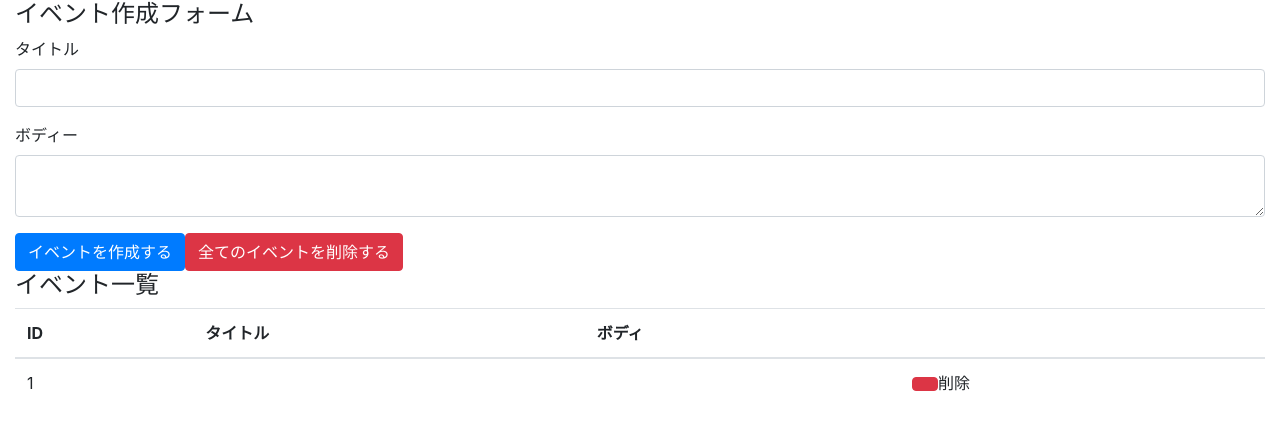
Repository: yujiuehara/my-app
Page: /, after clicking the first element matching `button.btn`
The author's editor kept a copy of each file at every save. The page is drawn from the files as they stood at one save, then again after the next save.
The browser window is 1280 px wide. The pictures show the whole page.
The project was rebuilt for these pictures with package versions that can differ from the ones it lists, and the page was loaded fresh each time.

Above is the page before, as saved 2020-05-04 03:16:34.

### src/components/App.js
import React, {useReducer, useState} from 'react';
import 'bootstrap/dist/css/bootstrap.min.css'

import reducer from '../reducers'

const App = () => {
  const [state, dispatch] = useReducer(reducer,[])
  const [title, setTitle] = useState('')
  const [body, setBody] = useState('')

  const addEvent = (e) => {
    e.preventDefault()
    dispatch({
      type: 'CREATE_EVENT',
      title,
      body
    })
    setTitle('')
    setBody('')
  }


  return (
    <div className="container-fluid">
      <h4>イベント作成フォーム</h4>
      <form>
        <div className="form-group">
          <label htmlFor="formEventTitle">タイトル</label>
          <input className="form-control" id="formEventTitle" value={title} onChange={e => setTitle(e.target.value)}/>
        </div>

        <div className="form-group">
          <label htmlFor="formEventBody">ボディー</label>
          <textarea className="form-control" id="formEventBody" value={body} onChange={e => setBody(e.target.value)}/>
        </div>

        <button className="btn btn-primary" onClick={addEvent}>イベントを作成する</button>
        <button className="btn btn-danger">全てのイベントを削除する</button>
      </form>

      <h4>イベント一覧</h4>
      <table className="table table-hover">
        <thead>
          <tr>
            <th>ID</th>
            <th>タイトル</th>
            <th>ボディ</th>
            <th></th>
          </tr>
        </thead>
        <tbody>
          {state.map(event =>(

            <tr>
              <td>{event.id}</td>
              <td>{event.title}</td>
              <td>{event.body}</td>
              <td><button type="button" className="btn btn-danger"></button>削除</td>
            </tr>
          ))}
        </tbody>
      </table>
    </div>
  );
}

export default App;

### src/reducers/index.js
// action = {
//   type: 'CREATE_EVENT',
//   title: '2020東京オリンピックのお知らせ',
//   body: '2020年に東京オリンピックを開催します！つきましては、、、、'
//}
const events = (state = [], action) => {
    switch(action.type){
        case 'CREATE_EVENT':
            const event = {title: action.title, body: action.body}
            const length = state.length
            const id = length === 0 ? 1 : state[length -1].id + 1
            return [...state, {id: id, ...event}]
        case 'DELETE_EVENT':
        case 'DELETE_ALL_EVENT':
            return []
        default:
            return state
    }
}

export default events

Loaded but not shown: public/index.html (common file); src/index.js (common file); src/index.css (common file); src/serviceWorker.js (common file)

After the next save:
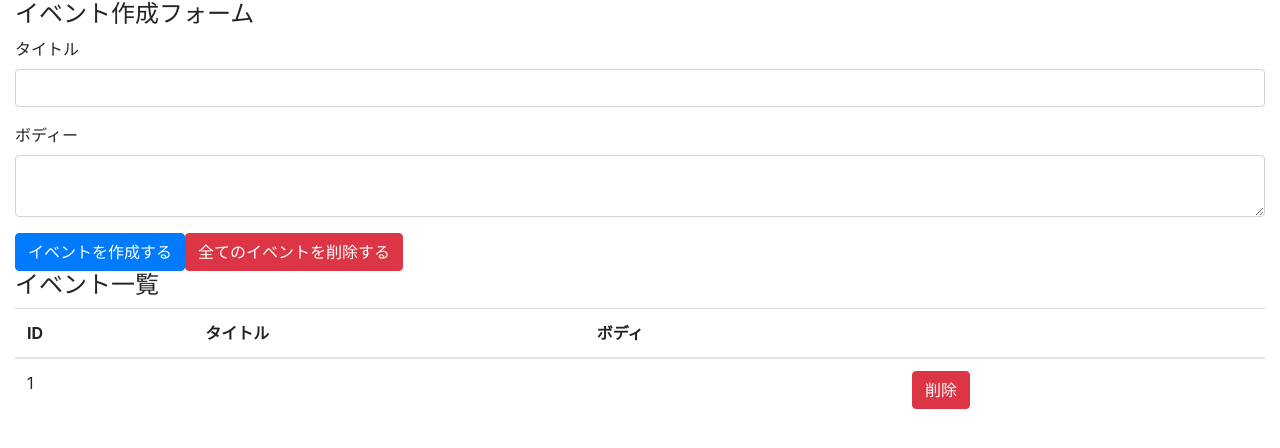
Saved 22 s later.
--- a/src/components/App.js
+++ b/src/components/App.js
@@ -55,7 +55,7 @@ const App = () => {
               <td>{event.id}</td>
               <td>{event.title}</td>
               <td>{event.body}</td>
-              <td><button type="button" className="btn btn-danger"></button>削除</td>
+              <td><button type="button" className="btn btn-danger">削除</button></td>
             </tr>
           ))}
         </tbody>
